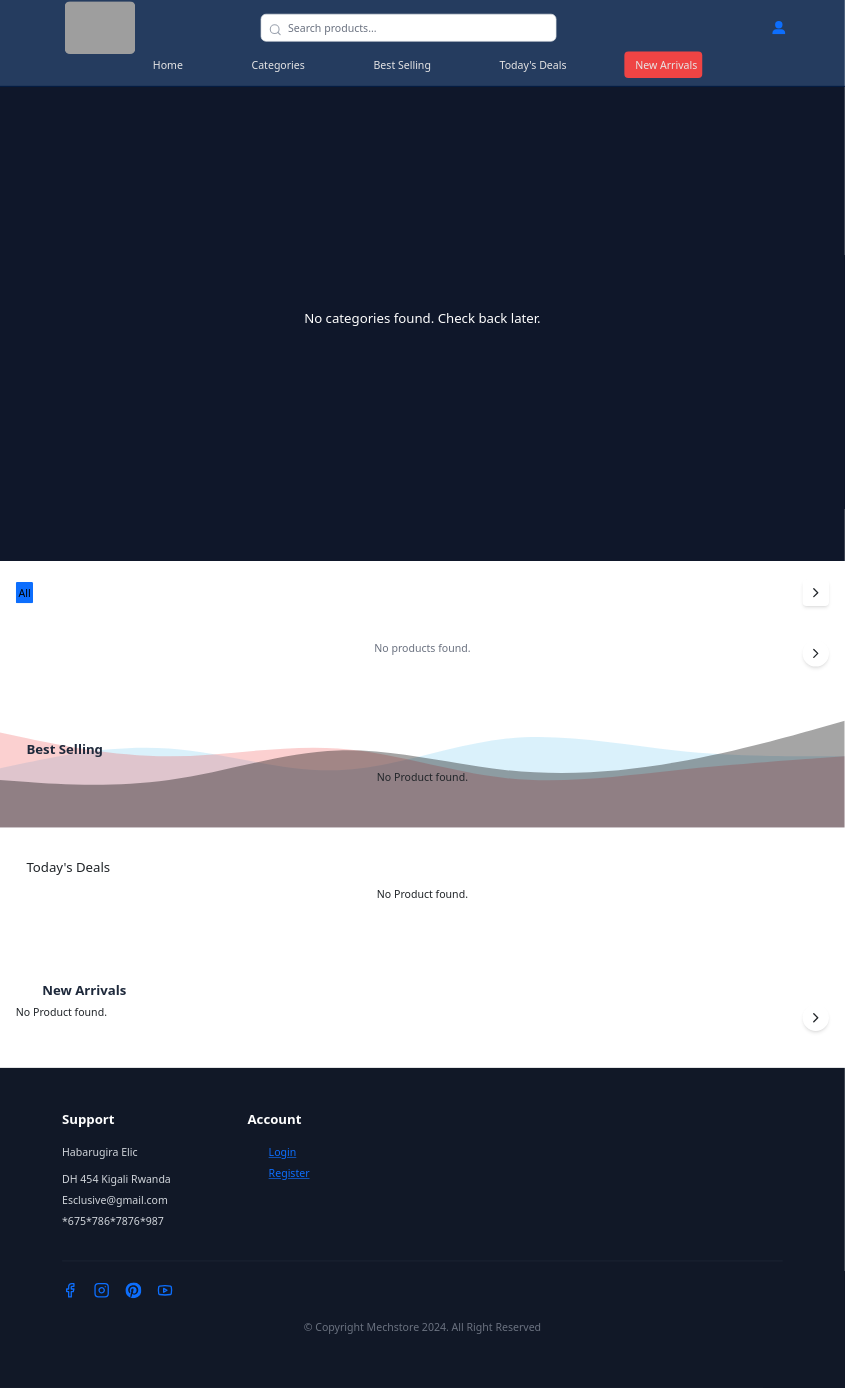
Repository: magicdeveloper250/future
Page: / (app in frontend/)
An editor plug-in stored every save of this project. The page is shown before and after the next save, followed by the edit.
The browser window is 1280 px wide. The pictures show the whole page, at 66% of full size.
Pictures or frames that could not be fetched are drawn as grey boxes. The page's requests for data from a server got no answer. The project was rebuilt for these pictures with package versions that can differ from the ones it lists, and the page was loaded fresh each time. No one was signed in, and anything a server would have sent is missing. Also part of the build but not shown: frontend/vite.config.js, frontend/src/hooks/useUser.js, frontend/src/components/Sidebar.jsx, frontend/src/components/Header.jsx, frontend/src/pages/DashboardPage.jsx, frontend/src/pages/ProductPage.jsx, frontend/src/components/ProductT.jsx, frontend/src/components/Card.jsx and 18 more.

Above is the page before, as saved 2025-03-26 16:11:30.

### frontend/src/index.css
@import url('https://fonts.googleapis.com/css2?family=Lexend:wght@100..900&display=swap');

@tailwind base;
@tailwind components;
@tailwind utilities;
@layer utilities {
    .no-scrollbar::-webkit-scrollbar {
      display: none;
    }
    .no-scrollbar {
      -ms-overflow-style: none;
      scrollbar-width: none;
    }
  }

.index-nav-container{
    display: flex;
    flex-direction: column;
}
.navbar-brand{
    width: 100px;
    height: 50px;
}
.main-container{
display: flex;
flex-direction: column;
margin-top: 130px;
}
.hero{
    display: flex;
    justify-content: space-between;
}
#categories{
    display: flex;
    justify-content: center;
    align-items: center;

}

.orders-container {
    width: 100%;
    display: grid;
    grid-template-columns: repeat(auto-fit, minmax(250px, 1fr));
    place-items: center;
    gap: 1em;
}
.arrivals-container {
    width: 100%;
    display:  flex;
    justify-content: center;
    flex-wrap: wrap;
    align-items: center;

    gap: 1em;
}

@media (max-width: 768px) {
    .main-container {
      display: flex;
      flex-direction: column;
      margin-top: 80px;
    }
  }

### frontend/src/pages/HomePage.jsx
import Sidebar from "../components/Sidebar"
import Card from "../components/Card"
import { BsBag, BsTruck, BsCart4 } from "react-icons/bs";
import FantasticHomeNavbar from "../components/FantasticHomeNavbar/FantasticHomeNavbar"
import Categories from "../components/Categories/Categories"
import NewArrivals from "../components/NewArrivals/NewArrivals"
import HeroCarousel from "../components/HeroCarousel/HeroCarousel";
import Footer from "../components/Footer";
import BestSelling from "../components/BestSelling";
import TodayDeals from "../components/TodayDeals";
function HomePage() {
  return  <>
          <section id="header">
              <FantasticHomeNavbar/>
          </section>

          <div className="main-container">
              <div id="hero" className="flex justify-between">

                   <HeroCarousel/>
              </div>
              <section id="categories">
              <Categories/>
              </section>

              <section id="best-selling">
                <BestSelling/>
              </section>

              <section id="today-deals">
                <TodayDeals/>
              </section>
              <section id="new-arrivals">
                <NewArrivals/>

              </section>
              <section id="footer">
                <Footer/>
              </section>
          </div>




  </>
}

export default HomePage

### frontend/src/contexts/ErrorContext.jsx
import { createContext, useState } from "react";
const ErrorContext = createContext(null);
export const ErrorContextProvider = ({ children }) => {
  const [error, setError] = useState();
  return (
    <ErrorContext.Provider value={{ error, setError }}>
      {children}
    </ErrorContext.Provider>
  );
};

export default ErrorContext;

### frontend/src/contexts/ToastContext.jsx
import { Children, createContext, useState } from "react";

const ToastContext = createContext(null);

export const ToastProvider = ({ children }) => {
  const [toastMessage, setToastMessage] = useState();
  return (
    <ToastContext.Provider value={{ toastMessage, setToastMessage }}>
      {children}
    </ToastContext.Provider>
  );
};

export default ToastContext;

### frontend/src/components/Toast.jsx
import { useEffect, useState } from "react";
import useToast from "../hooks/useToast";

const ToastContainer = ({ position = "bottom-end", className, children }) => {
  const positionClasses = {
    "top-start": "top-0 left-0",
    "top-center": "top-0 left-1/2 -translate-x-1/2",
    "top-end": "top-0 right-0",
    "middle-start": "top-1/2 left-0 -translate-y-1/2",
    "middle-center": "top-1/2 left-1/2 -translate-x-1/2 -translate-y-1/2",
    "middle-end": "top-1/2 right-0 -translate-y-1/2",
    "bottom-start": "bottom-0 left-0",
    "bottom-center": "bottom-0 left-1/2 -translate-x-1/2",
    "bottom-end": "bottom-0 right-0",
  };

  return (
    <div className={`fixed p-3 z-50 ${positionClasses[position]} ${className}`}>
      {children}
    </div>
  );
};

const Toast = ({ onClose, show, delay, autohide, bg, children }) => {
  const bgColors = {
    success: "bg-green-500 text-white",
    danger: "bg-red-500 text-white",
    warning: "bg-yellow-500 text-black",
    info: "bg-blue-500 text-white",
    primary: "bg-blue-600 text-white",
    secondary: "bg-gray-600 text-white",
    light: "bg-gray-100 text-black",
    dark: "bg-gray-800 text-white",
  };

  useEffect(() => {
    if (show && autohide) {
      const timer = setTimeout(() => {
        onClose();
      }, delay);
      return () => clearTimeout(timer);
    }
  }, [show, autohide, delay, onClose]);

  if (!show) return null;

  return (
    <div
      className={`
        rounded shadow-lg min-w-[200px] max-w-[350px]
        transition-opacity duration-300 ease-in-out
        ${bgColors[bg] || bgColors.light}
      `}
    >
      <div className="relative">
        <button
          onClick={onClose}
          className="absolute right-2 top-2 text-current opacity-70 hover:opacity-100"
        >
          ×
        </button>
        <div className="p-3">
          {children}
        </div>
      </div>
    </div>
  );
};

function MyToast() {
  const { toastMessage } = useToast();
  const [show, setShow] = useState(false);

  useEffect(() => {
    setShow(true);
  }, [toastMessage]);

  return (
    toastMessage && (
      <ToastContainer position="bottom-end" className="p-3">
        <Toast
          onClose={() => setShow(false)}
          show={show}
          delay={3000}
          autohide
          bg={toastMessage.variant.toLowerCase()}
        >
          <div>{toastMessage.message}</div>
        </Toast>
      </ToastContainer>
    )
  );
}

export default MyToast;

### frontend/src/contexts/userSessionContext.jsx
import { createContext, useState } from "react";

const userSessionContext = createContext({});
export const AuthProvider = ({ children }) => {
  const [auth, setAuth] = useState();
  return (
    <userSessionContext.Provider value={{ auth, setAuth }}>
      {children}
    </userSessionContext.Provider>
  );
};
export default userSessionContext;

### frontend/src/contexts/MessagesContext.jsx
import { createContext, useState } from "react";

const MessagesContext = createContext(null);

export const MessagesProvider = ({ children }) => {
  const [newMessage, setMessage] = useState([]);
  const setNewMessage = (message) => {
    setMessage((prev) => {
      const isDuplicate = prev.some(msg =>
        JSON.stringify(msg) === JSON.stringify(message)
      );
      return isDuplicate ? prev : [...prev, message];
    });
  };
  const clearMessages = () => {
    setMessage([]);
  };
  return (
    <MessagesContext.Provider value={{ newMessage, setNewMessage, clearMessages }}>
      {children}
    </MessagesContext.Provider>
  );
};

export default MessagesContext;

### frontend/src/Layouts/SearchLayout.jsx
import { useEffect } from "react";
import { Outlet } from "react-router";
import useToast from "../hooks/useToast";
import axios from "../API/axios";
import useSearch from "../hooks/useSearch";

function SearchLayout() {
    const { setProducts } = useSearch();
    const { setToastMessage } = useToast();

    const getProducts = async () => {
        try {
            const resp = await axios.get("/api/product/viewAll-product");
            setProducts(resp.data);
        } catch (error) {
            setToastMessage({
                variant: "danger",
                message: "Failed to fetch data"
            });
        }
    };

    useEffect(() => {
        getProducts();
        const intervalId = setInterval(getProducts, 300000);
        return () => {
            clearInterval(intervalId);
        };
    }, []);

    return <Outlet />;
}

export default SearchLayout;

### frontend/src/contexts/SearchContext.jsx
import { createContext, useState } from "react";

const SearchContext = createContext(null);

export const SearchProvider = ({ children }) => {
  const [products, setProducts] = useState([]);
  return (
    <SearchContext.Provider value={{ products, setProducts }}>
      {children}
    </SearchContext.Provider>
  );
};

export default SearchContext;

### frontend/src/components/Categories/Categories.jsx
import { useEffect, useMemo, useRef, useState } from "react";
import { ChevronLeft, ChevronRight } from "lucide-react";
import axios from "../../API/axios";
import ProductCard from "../ProductCard";
import { Link } from "react-router";
import useToast from "../../hooks/useToast";
import CategoriesScroller from "../CategoriesScroller/CategoriesScroller";
const CARD_WIDTH = 200;

const Categories = () => {
  const { setToastMessage } = useToast();
  const [categories, setCategories] = useState([]);
  const [products, setProducts] = useState([]);
  const [selectedFilter, setSelectedFilter] = useState("All");
  const containerRef = useRef();
  const [scrollPosition, setScrollPosition] = useState(0);
  const [hideRight, setHideRight] = useState(false);
  const MAX_PRODUCTS=1

  const filteredProducts = useMemo(() => {
    return products?.filter((product) =>
      selectedFilter === "All" || categories.find(category=>category?.categoryId==product?.categoryId)?.categoryName === selectedFilter
    )
  }, [products, selectedFilter]);

  const categoryTypes = useMemo(() => {
    const types = new Set(categories.map(category => category.categoryName));
    return ["All", ...Array.from(types)];
  }, [categories]);

  const getProductsCategories = async () => {
    try {
      const [productsResp, categoriesResp] = await Promise.all([
        axios.get("/api/product/viewAll-product"),
        axios.get("/api/product/viewAll-categories")
      ]);
      setProducts(productsResp.data);
      setCategories(categoriesResp.data);
    } catch (error) {
      setToastMessage({
        variant: "danger",
        message: "Failed to fetch data"
      });
    }
  };


  const scroll = (direction) => {
    if (containerRef.current) {
      const scrollAmount = direction === 'left' ? -CARD_WIDTH : CARD_WIDTH;
      containerRef.current.scrollBy({ left: scrollAmount, behavior: 'smooth' });
    }
  };

  useEffect(() => {
    getProductsCategories();
  }, []);

  useEffect(() => {
    const container = containerRef.current;
    const updateScroll = () => {
      const maxScrollLeft = container.scrollWidth - container.clientWidth;
      setScrollPosition(container.scrollLeft);
      setHideRight(container.scrollLeft >= maxScrollLeft - 1);
    };

    container.addEventListener("scroll", updateScroll);
    return () => container.removeEventListener("scroll", updateScroll);
  }, []);

  return (
    <div className="w-full px-4 py-8">
      <div className="flex flex-wrap gap-1 items-center justify-between mb-6">
        <CategoriesScroller categories={categoryTypes} onSelectCategory={setSelectedFilter}/>
      </div>

      <div className="relative">
        <button
          onClick={() => scroll('left')}
          className={`absolute left-0 top-1/2 -translate-y-1/2 z-10 p-2 rounded-full bg-white shadow-md hover:bg-gray-100 transition-opacity ${
            scrollPosition > 0 ? "opacity-100" : "opacity-0"
          }`}
          disabled={scrollPosition <= 0}
        >
          <ChevronLeft className="w-6 h-6" />
        </button>

        <div
          ref={containerRef}
          className="flex gap-1 overflow-x-auto scroll-smooth no-scrollbar"
          style={{
            scrollSnapType: "x mandatory",
            scrollBehavior: "smooth",
            WebkitOverflowScrolling: "touch",
          }}
        >
          {filteredProducts.length > 0 ? (
            filteredProducts.slice(0, MAX_PRODUCTS).map((product) => (
              <div
                key={product.productId}
                className={`flex-none w-[${CARD_WIDTH}px] scroll-snap-align-start`}
              >
                <ProductCard product={product} />
              </div>
            ))
          ) : (
            <p className="text-gray-500 text-center w-full py-8">
              No products found.
            </p>
          )}
        </div>

        {filteredProducts.length>0&&filteredProducts.length>MAX_PRODUCTS &&selectedFilter !=="All"?<Link
          to={`/category/${filteredProducts[0]?.categoryId}`}
          className={`absolute right-0 top-1/2 -translate-y-1/2 z-10 p-2 rounded-full bg-white shadow-md no-underline  hover:bg-gray-100 transition-opacity font-extrabold ${
            !hideRight ? "opacity-100" : "opacity-0"
          }`}
          state={{category:{categoryName: selectedFilter}}}
          disabled={hideRight}
        >
          More
        </Link>:<button
          onClick={() => scroll('right')}
          className={`absolute right-0 top-1/2 -translate-y-1/2 z-10 p-2 rounded-full bg-white shadow-md hover:bg-gray-100 transition-opacity ${
            !hideRight ? "opacity-100" : "opacity-0"
          }`}
          disabled={hideRight}
        >
          <ChevronRight className="w-6 h-6" />
        </button>}
      </div>
    </div>
  );
};

export default Categories;

### frontend/src/components/Footer.jsx
import React from 'react';
import { Facebook, Instagram, Youtube } from 'lucide-react';
import { Link } from 'react-router';

const PinterestIcon = () => (
  <svg
    viewBox="0 0 24 24"
    className="w-6 h-6"
    fill="currentColor"
  >
    <path d="M12 0a12 12 0 0 0-4.37 23.17c-.1-.937-.2-2.38.042-3.4.217-.937 1.407-5.965 1.407-5.965s-.358-.72-.358-1.78c0-1.67.967-2.915 2.17-2.915 1.024 0 1.518.77 1.518 1.688 0 1.03-.653 2.567-.994 3.995-.285 1.194.6 2.17 1.777 2.17 2.13 0 3.77-2.25 3.77-5.5 0-2.873-2.064-4.882-5.014-4.882-3.414 0-5.418 2.562-5.418 5.207 0 1.03.397 2.138.897 2.738.098.118.112.22.083.338-.092.386-.302 1.23-.343 1.402-.054.223-.18.27-.414.162-1.543-.722-2.507-2.98-2.507-4.798 0-3.788 2.744-7.273 7.905-7.273 4.15 0 7.365 2.953 7.365 6.903 0 4.117-2.595 7.43-6.205 7.43-1.21 0-2.35-.63-2.738-1.373 0 0-.598 2.282-.744 2.84-.27 1.03-1 2.32-1.484 3.105A12 12 0 1 0 12 0z"/>
  </svg>
);

const Footer = () => {
  return (
    <footer className="bg-gray-900 text-gray-300 py-16">
      <div className="container mx-auto px-4">
        <div className="grid grid-cols-1 md:grid-cols-4 gap-8">
          <div>
            <h2 className="text-white text-xl font-semibold mb-4">Support</h2>
            <div className="space-y-2">
              <p>Habarugira Elic</p>
              <p>DH 454 Kigali Rwanda</p>
              <p>Esclusive@gmail.com</p>
              <p>*675*786*7876*987</p>
            </div>
          </div>

          <div>
            <h2 className="text-white text-xl font-semibold mb-4">Account</h2>
            <ul className="space-y-2">
              <li><Link to="login" className="hover:text-white">Login</Link></li>
              <li><Link to="register" className="hover:text-white">Register</Link></li>
            </ul>
          </div>


        </div>

        <div className="mt-12 pt-8 border-t border-gray-800">
          <div className="flex gap-6">
            <a href="#" className="hover:text-white">
              <Facebook className="w-6 h-6" />
            </a>
            <a href="#" className="hover:text-white">
              <Instagram className="w-6 h-6" />
            </a>
            <a href="#" className="hover:text-white">
              <PinterestIcon />
            </a>
            <a href="#" className="hover:text-white">
              <Youtube className="w-6 h-6" />
            </a>
          </div>
        </div>

        <div className="mt-8 text-center text-gray-500">
          <p>© Copyright Mechstore 2024. All Right Reserved</p>
        </div>
      </div>
    </footer>
  );
};

export default Footer;

### frontend/src/components/TodayDeals.jsx
import { useEffect, useState } from "react";
import ProductCard from "./ProductCard";
import axios from "../API/axios";
function TodayDeals() {
 const[products, setProducts]= useState([])
   const getProducts= async()=>{
     try {
         const resp= await axios.get("/api/product/today-deals")
         setProducts(resp.data)

     } catch (error) {

     }
   }
   useEffect(()=>{
    getProducts()
   },[])
  return <div className="w-full flex flex-col my-4 justify-center">

    <div className="w-full flex   gap-2 flex-col my-4">
                <h5 className="ml-10">Today's Deals</h5>
                <div
            className="arrivals-container"
            >
            {products.length>0?products?.map((product, index) => (
                <ProductCard
                product={product}
                key={product.name}
                />
            )):<p className="netflix-no-content">No Product found.</p>}
            </div>
  </div>
  </div>

}

export default TodayDeals;

### frontend/src/components/FantasticHomeNavbar/FantasticHomeNavbar.css
.toolbar-container{
  display:flex;
  justify-content: space-between;
  gap: 2rem;
  margin-bottom: 1rem;
}

.search-box *, .search-box{
  background-color: #111C2F;

}
.search-box{
  border: 1px solid white;
  border-radius: 20px;
}
.search-box input:focus{
    background-color: white;
    color: black;
    padding: 10px;
    border-radius: 10px;


}
.fantstic-nav-container {
    position: relative;
    display: flex;
    flex-direction: column;

  }
  .navbar-container{
    display: flex;
    flex-direction: column;
  }
  .fantstic-nav-container .links-container {
    display: flex;
    justify-content: space-evenly;
    align-items: center;
    gap: 1rem;
    list-style: none;
    padding: 0;
    margin: 0;
  }
  .menu-text{
    background:linear-gradient(45deg, var(--primary-site-color), rgba(0, 0, 0, 0.599));

  }

  .link-item {
    padding: 0 1em;
  }
  .login-text{
    display: none;
  }
  .link-item a {
    text-decoration: none;
    font-size: var(--font-size-md);
    color: rgb(231, 230, 230);
  }

  .link-item a.active {

    color:  white;
    background-color: #101223;
    padding: 15px;
    border-top-left-radius: 15px;
    border-top-right-radius: 15px;

  }

  .menu-close{
    display: none;
  }
  .link-item.btn{
    background-color: rgb(231, 230, 230);
    border: none;
    padding-inline: 20px;
    padding-block: 8px;
    color: black;
    font-size: var(--font-size-sm);
    border-radius: 50px;
  }
  .link-item.btn:hover{
    opacity: 0.7;
  }



  .mobile-menu-btn{
    display: none !important;
    width: fit-content;
    margin-inline: 1em;
  }

  .navbar-container {
    display: flex;
    align-items: center;
    justify-content: space-between;
    background-color: transparent;
    position: fixed;
    top: 0;
    width: 100%;
    z-index: 10000;
    padding: 10px 1px;
    background-color:rgba(3, 30, 70, 0.862);

  }



  .navbar-container.scrolled{
    background-color: #111C2F;

  }


  .mobile-drawer{
    background-color:rgba(3, 30, 70, 0.862) ;
    height: 100%;
  }
  @media (max-width: 768px) {


    .navbar-container .nav-header{
      font-size: 0.9em;
     }
     .navbar-brand{
      width: 70%;
     }

    .mobile-menu-btn{
      display: block !important;
      color: rgba(255, 255, 255, 0.84);
    }


    .fantstic-nav-container .links-container{
      display: none;


    }
    .search-controls{
      display: flex;
      flex-direction: column;
      justify-content: start;
      align-items: center;
    }
    .toolbar-container{
      display: flex;
      width: 100vw;
      padding-inline: 0px;
      justify-content: start;
      align-items: center;
      gap: 10px;
    }





  }

Loaded but not shown: frontend/index.html (common file); frontend/src/main.jsx (common file); frontend/src/hooks/useUserAxios.js (43 lines, source omitted); frontend/src/hooks/useRefreshToken.js (24 lines, source omitted); frontend/tailwind.config.js (18 lines, source omitted); frontend/src/API/axios.js (12 lines, source omitted); frontend/src/hooks/useAuth.js (7 lines, source omitted); frontend/src/hooks/useMessages.js (8 lines, source omitted); frontend/src/hooks/useSearch.js (8 lines, source omitted); frontend/src/hooks/useToast.js (8 lines, source omitted); frontend/src/components/HeroCarousel/HeroCarousel.jsx (254 lines, source omitted); frontend/src/components/FantasticHomeNavbar/FantasticHomeNavbar.jsx (181 lines, source omitted); frontend/src/components/SearchBar.jsx (162 lines, source omitted); frontend/src/App.jsx (83 lines, source omitted); frontend/src/components/NewArrivals/NewArrivals.jsx (106 lines, source omitted); frontend/src/components/BestSelling.jsx (91 lines, source omitted); frontend/src/components/MessageToast.jsx (116 lines, source omitted); frontend/src/components/CategoriesScroller/CategoriesScroller.jsx (100 lines, source omitted)

After the next save:
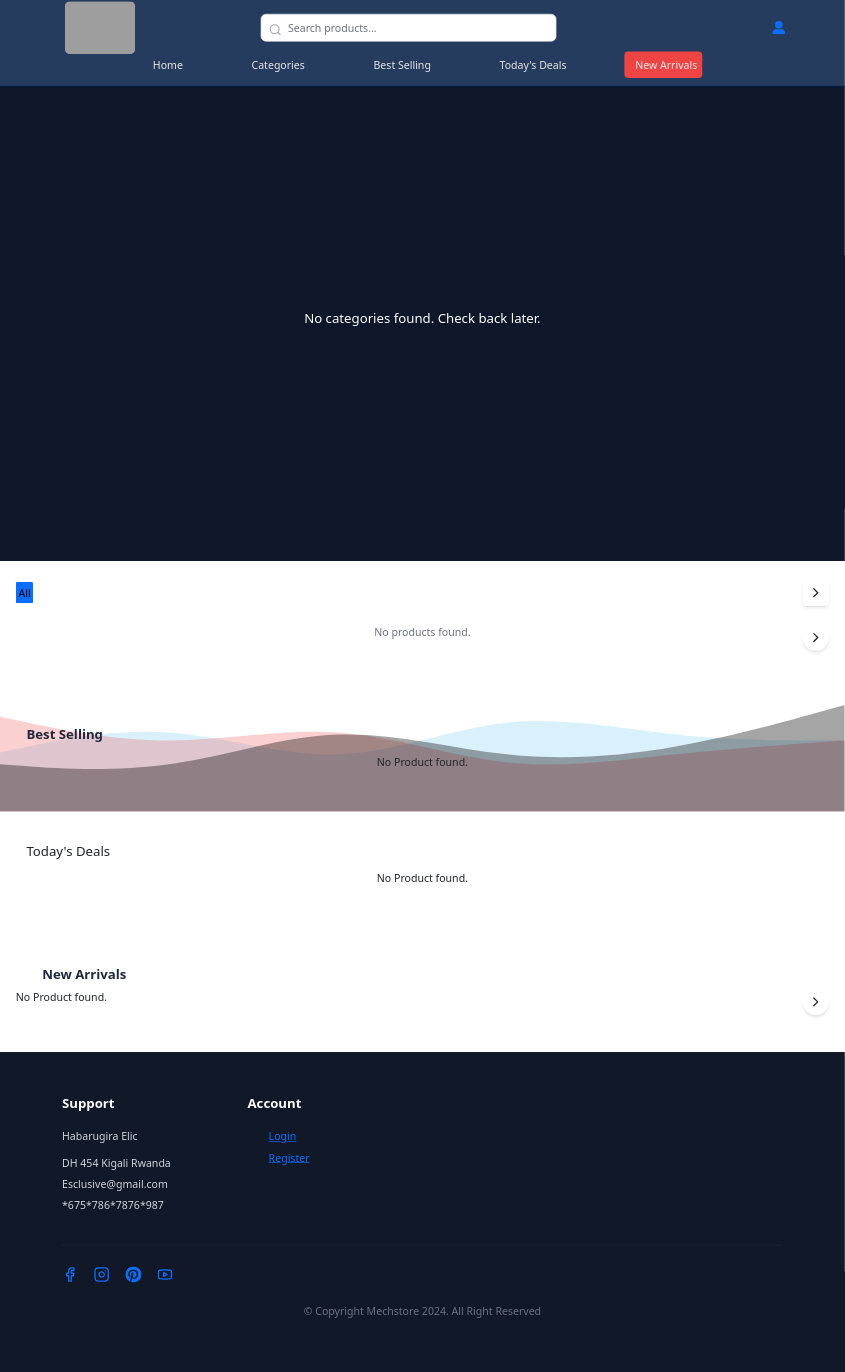
Saved 2 min 45 s later.
--- a/frontend/src/components/Categories/Categories.jsx
+++ b/frontend/src/components/Categories/Categories.jsx
@@ -70,9 +70,9 @@ const Categories = () => {
 
   return (
     <div className="w-full px-4 py-8">
-      <div className="flex flex-wrap gap-1 items-center justify-between mb-6">
+
         <CategoriesScroller categories={categoryTypes} onSelectCategory={setSelectedFilter}/>
-      </div>
+
 
       <div className="relative">
         <button
